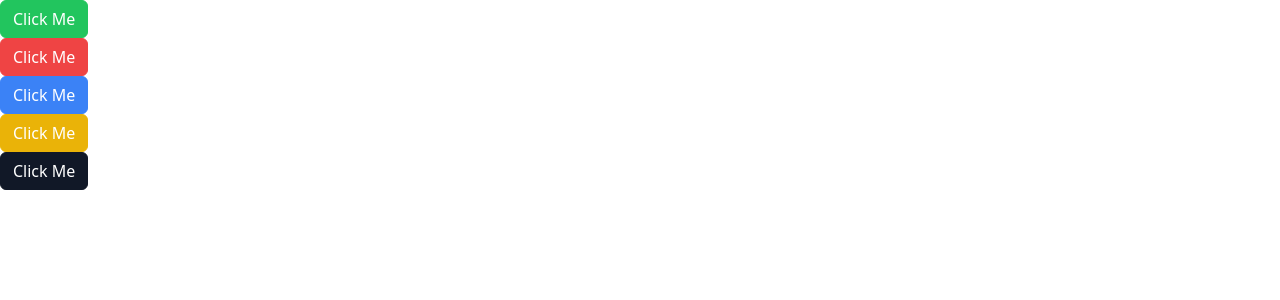
Repository: Marhamat92/reactroutefromstephen
Page: /
The author's editor kept a copy of each file at every save. The page is drawn from the files as they stood at one save, then again after the next save.
The browser window is 1280 px wide. The pictures show the whole page.
The project was rebuilt for these pictures with package versions that can differ from the ones it lists, and the page was loaded fresh each time. Also part of the build but not shown: src/App.css.

Above is the page before, as saved 2022-12-21 15:30:01.

After the next save:
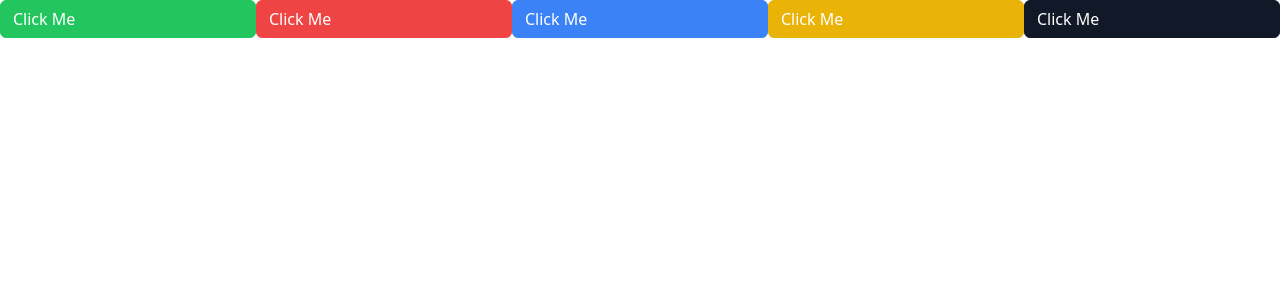
Saved 49 s later.
--- a/src/App.tsx
+++ b/src/App.tsx
@@ -5,21 +5,23 @@
 function App() {
   return (
     <div>
-      <Button rounded success>
-        Click Me
-      </Button>
-      <Button rounded danger>
-        Click Me
-      </Button>
-      <Button rounded primary>
-        Click Me
-      </Button>
-      <Button rounded warning>
-        Click Me
-      </Button>
-      <Button rounded secondary>
-        Click Me
-      </Button>
+      <div className='grid grid-cols-5'>
+        <Button rounded success>
+          Click Me
+        </Button>
+        <Button rounded danger>
+          Click Me
+        </Button>
+        <Button rounded primary>
+          Click Me
+        </Button>
+        <Button rounded warning>
+          Click Me
+        </Button>
+        <Button rounded secondary>
+          Click Me
+        </Button>
+      </div>
     </div>
   );
 }

After the save that followed:
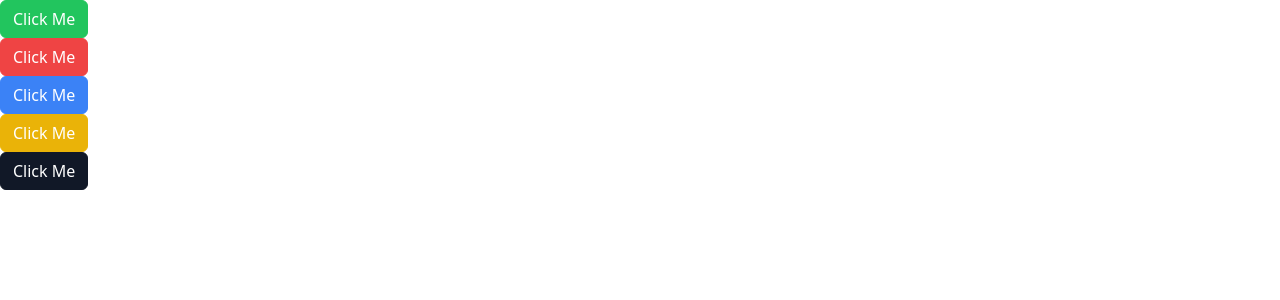
Saved 25 s later.
--- a/src/App.tsx
+++ b/src/App.tsx
@@ -6,21 +6,23 @@
   return (
     <div>
       <div className='grid grid-cols-5'>
-        <Button rounded success>
-          Click Me
-        </Button>
-        <Button rounded danger>
-          Click Me
-        </Button>
-        <Button rounded primary>
-          Click Me
-        </Button>
-        <Button rounded warning>
-          Click Me
-        </Button>
-        <Button rounded secondary>
-          Click Me
-        </Button>
+        <div>
+          <Button rounded success>
+            Click Me
+          </Button>
+          <Button rounded danger>
+            Click Me
+          </Button>
+          <Button rounded primary>
+            Click Me
+          </Button>
+          <Button rounded warning>
+            Click Me
+          </Button>
+          <Button rounded secondary>
+            Click Me
+          </Button>
+        </div>
       </div>
     </div>
   );
